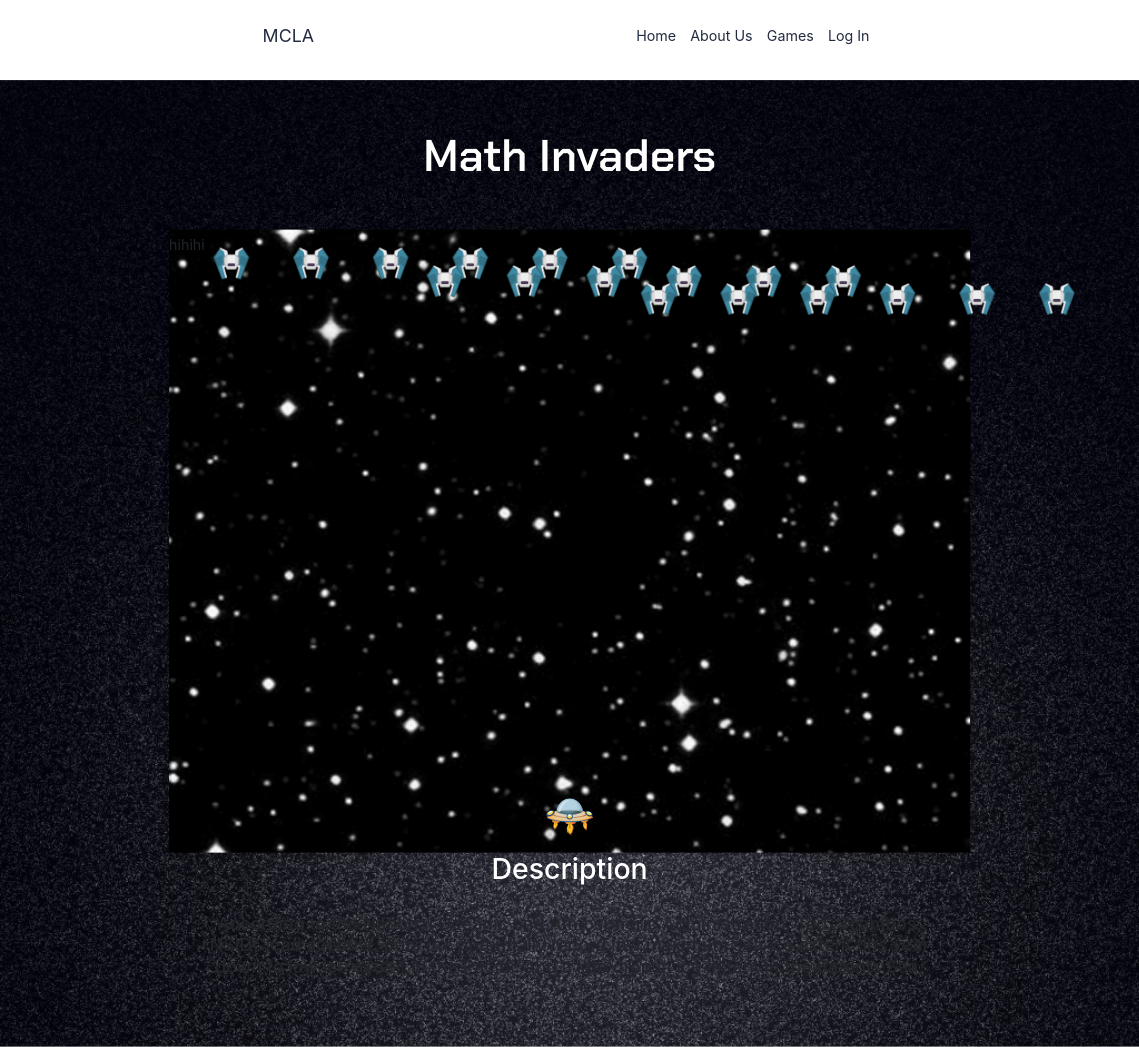
Repository: kkyler24/MathInvader
Page: index.html
An editor plug-in stored every save of this project. The page is shown before and after the next save, followed by the edit.
The browser window is 1280 px wide. The pictures show the whole page, at 89% of full size.
Some web libraries are served in a nearby version.

Above is the page before, as saved 2020-07-20 15:16:25.

After the next save:
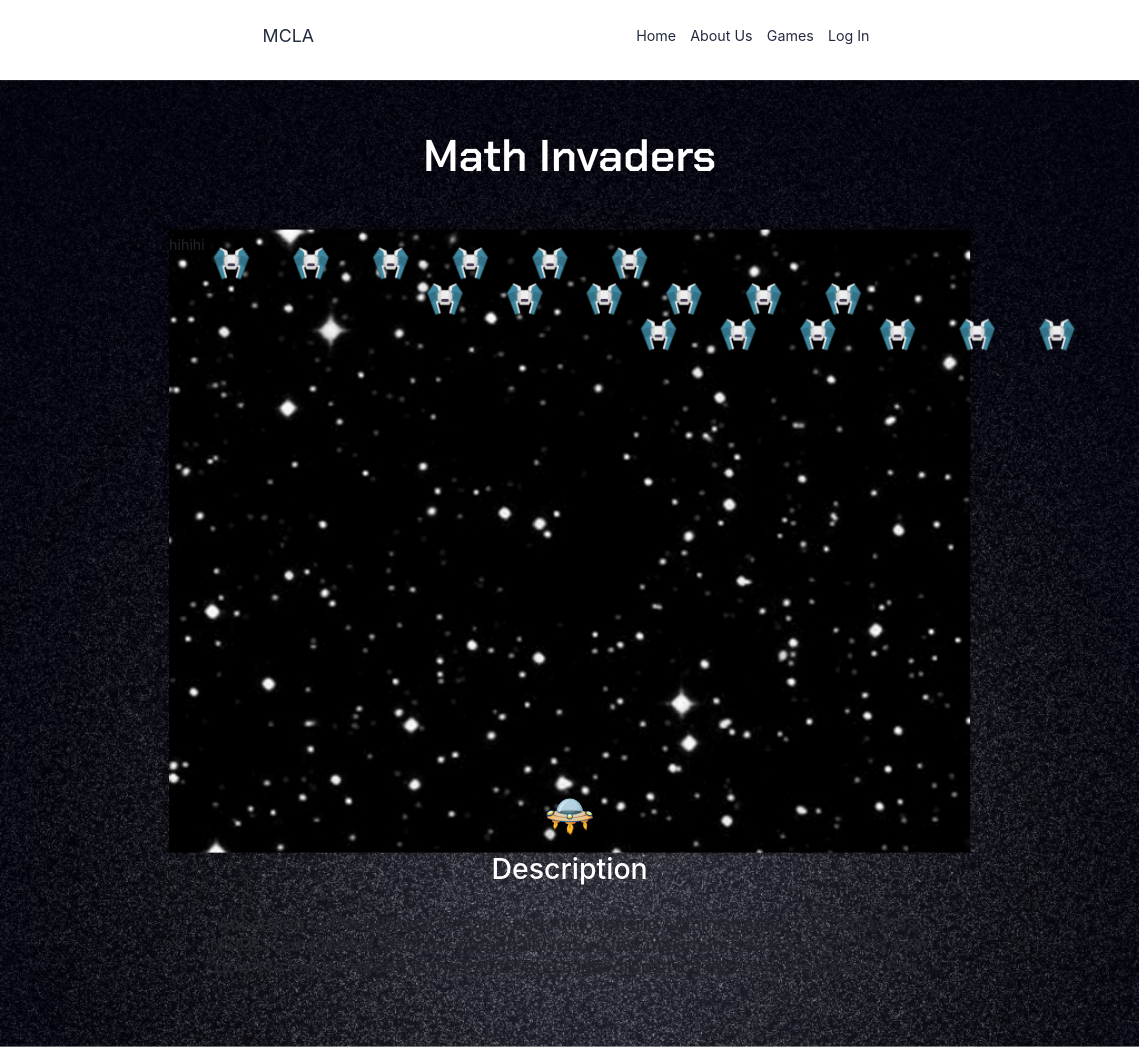
Saved 4 s later.
--- a/jsFolder/game.js
+++ b/jsFolder/game.js
@@ -16,7 +16,7 @@ const TOKENS_PER_ROW = 10;
 const ENEMIES_PER_ROW = 6;
 const ENEMY_HORIZONTAL_PADDING = 10;
 const ENEMY_VERTICAL_PADDING = 20;
-const ENEMY_VERTICAL_SPACING = 20;
+const ENEMY_VERTICAL_SPACING = 40;
 const ENEMY_COOLDOWN = 5.0;
 // contains entire state of game which included position of player, lasers and enemies on screen.
 const tokensArray = [
